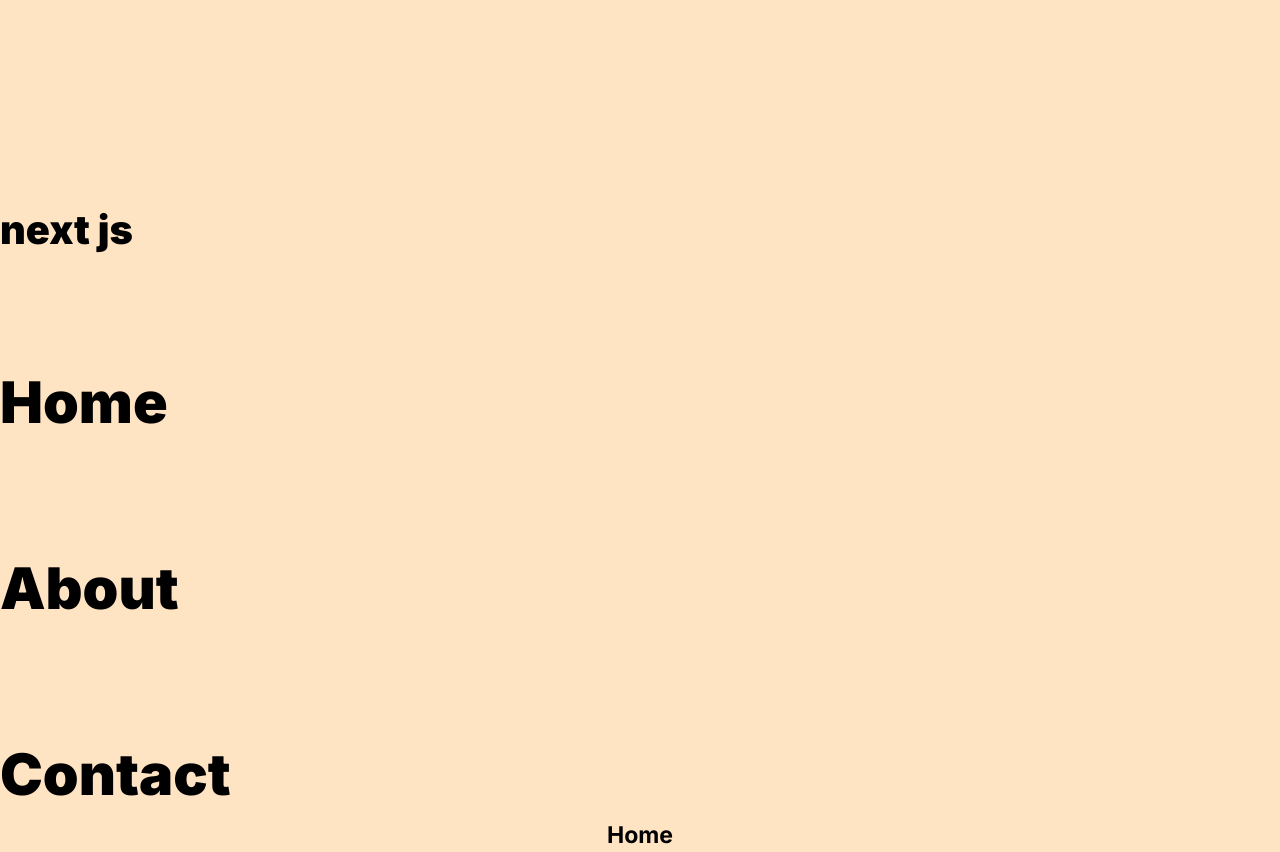
Repository: VilokMasuti/Nextjs-practice
Page: /
An editor plug-in stored every save of this project. The page is shown before and after the next save, followed by the edit.
The browser window is 1280 px wide. The pictures show the whole page.
The project was rebuilt for these pictures with package versions that can differ from the ones it lists, and the page was loaded fresh each time. The framework's server and built-in components were replaced by stand-ins that run in the browser. Also part of the build but not shown: next.config.mjs.

Above is the page before, as saved 2024-03-02 12:13:57.

After the next save:
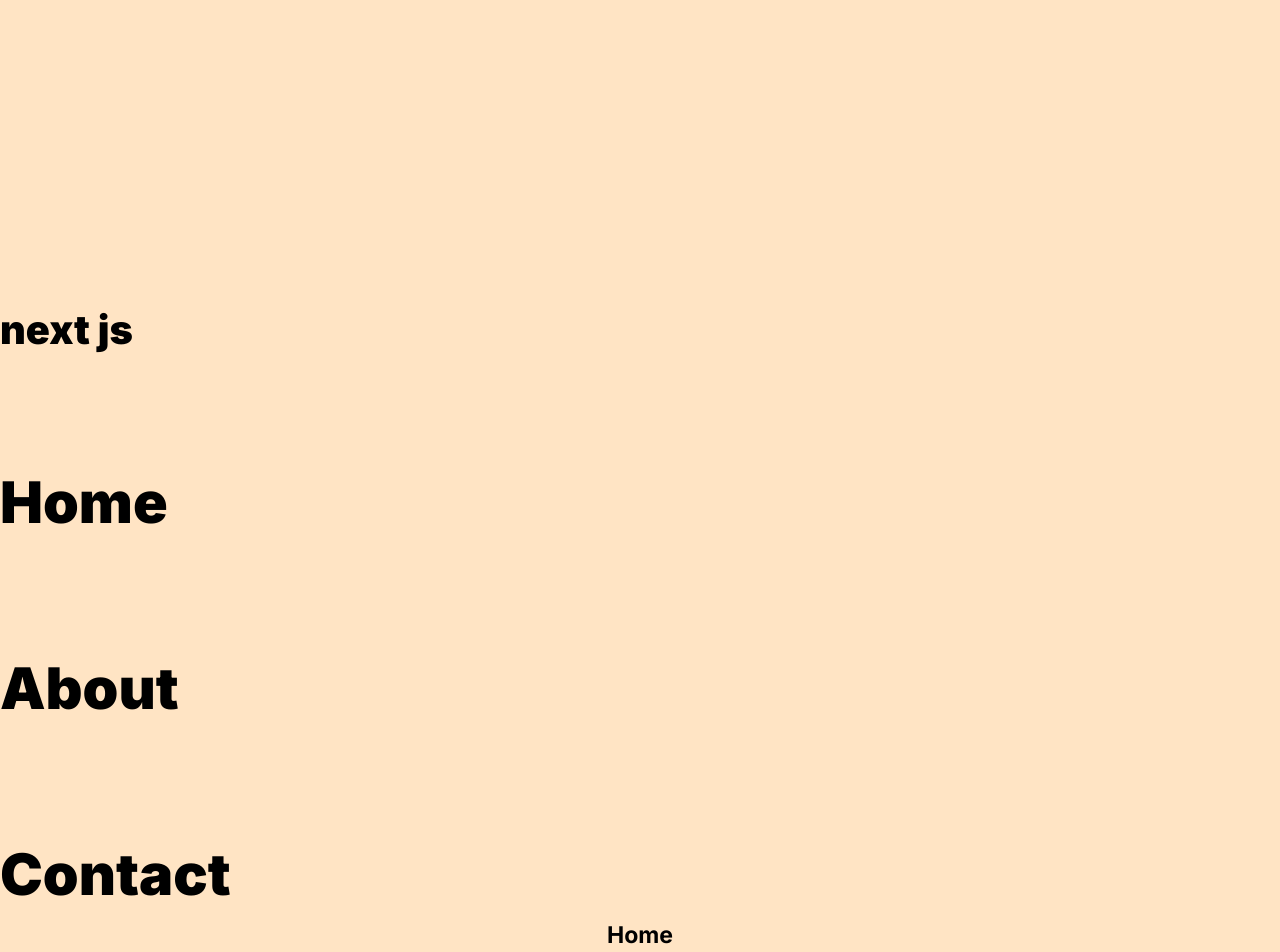
Saved 19 s later.
--- a/components/Navbar.tsx
+++ b/components/Navbar.tsx
@@ -2,7 +2,7 @@ import Link from "next/link";
 
 const Navbar = () => {
   return (
-    <header>
+    <header className=" flex">
       <nav className="  text-black">
         <p> next js</p>
         <ul>
